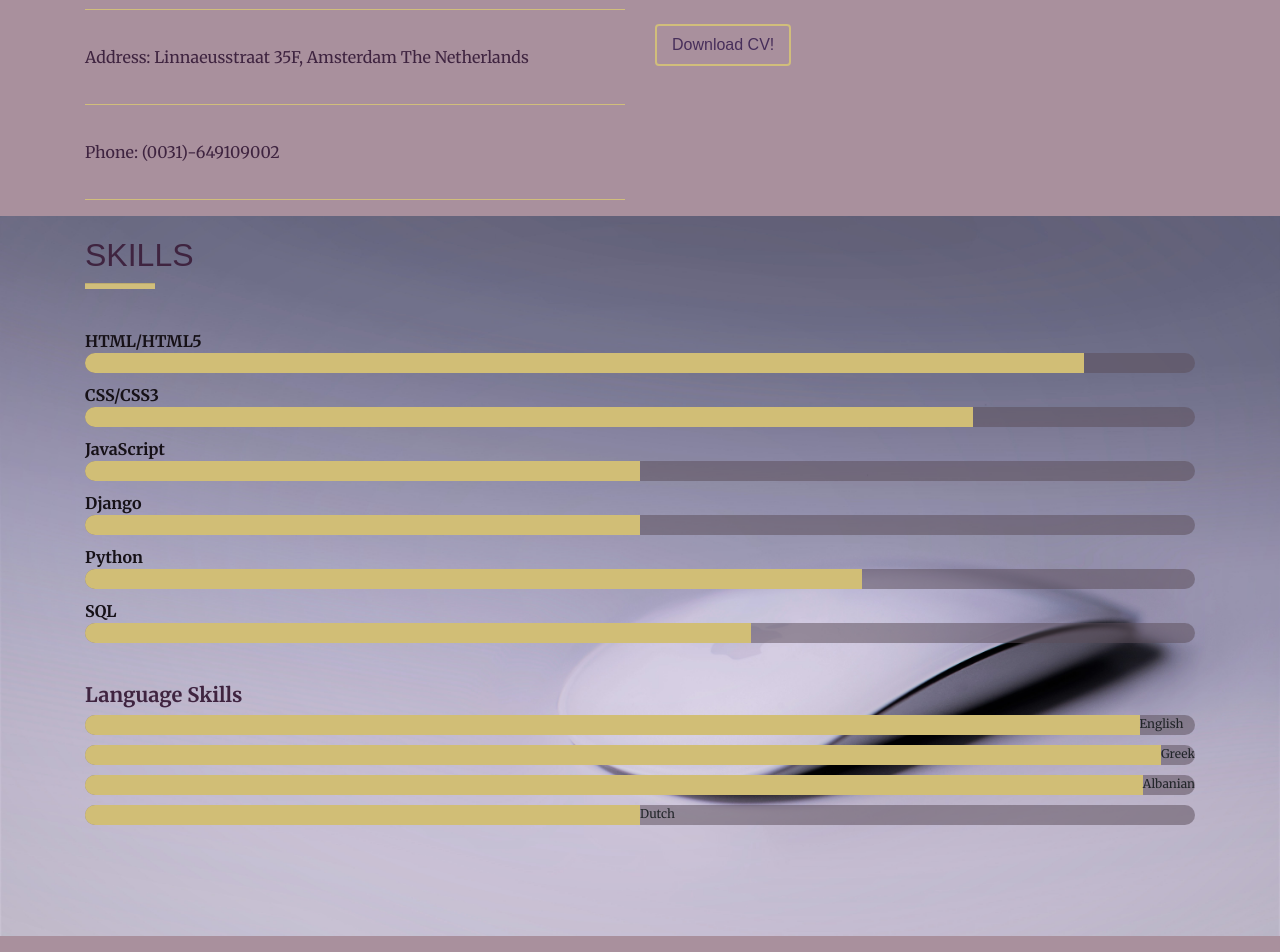
Repository: edshuli/Portfolio
Page: index.html
The author's editor kept a record of every edit. The page is drawn from the files as they stood at one moment, then again after the next edit.
The browser window is 1280 px wide. The pictures show the part of the page from y = 992 to 1944 px (the page is 2177 px tall).
Backgrounds fixed to the window are drawn as part of the page. Some web fonts or font styles are not loaded; a fallback is used.

Above is the page before.

### index.html
<!DOCTYPE html>
<html lang="en">

<head>
    <meta charset="UTF-8">
    <meta name="viewport" content="width=device-width, initial-scale=1.0">
    <meta http-equiv="X-UA-Compatible" content="ie=edge">
    <link rel="stylesheet" href="https://stackpath.bootstrapcdn.com/bootstrap/4.3.1/css/bootstrap.min.css" type="text/css" />
    <link rel="stylesheet" href="https://stackpath.bootstrapcdn.com/font-awesome/4.7.0/css/font-awesome.min.css" type="text/css" />
    <link rel="stylesheet" href="https://cdnjs.cloudflare.com/ajax/libs/hover.css/2.3.1/css/hover-min.css" type="text/css" />
    <link rel="stylesheet" href="assets/css/style.css" type="text/css" />
    <title>Edna Shuli - Full Stack Web Developer</title>
</head>

<body>

    <div class="container-fluid navbar-menu">
        <div class="row">
            <div class="col-12">
                <!-- NAVBAR -->
                <nav class="navbar navbar-expand-sm fixed-top navbar-light ">
                    <a href="index.html" class="navbar-brand"><i class="fa fa-home" aria-hidden="true"></i>Ed.Sh</a>
                    <button class="navbar-toggler" type="button" data-toggle="collapse" data-target="#menuDropdown" aria-controls="menuDropdown" aria-expanded="false" aria-label="Toggle navigation">
           <span class="navbar-toggler-icon"></span>
       </button>

                    <div id="menuDropdown" class="navbar-collapse collapse">
                        <ul class="navbar-nav mr-auto">
                            <li><a class="nav-link text-uppercase" href="#">about</a></li>
                            <li><a class="nav-link text-uppercase" href="#">skills</a></li>
                            <li><a class="nav-link text-uppercase" href="#">work</a></li>
                            <li><a class="nav-link text-uppercase" href="#">education</a></li>
                            <li><a class="nav-link text-uppercase" href="#">contact</a></li>
                            <li><a class="nav-link text-uppercase" href="#">cv</a></li>
                        </ul>
                    </div>
            </div>
        </div>
        </nav>
    </div>
    <div class="container-fluid homepage-container ">
        <div class="row">
            <div class="col">
                <div class="jumbotron ">
                    <h1 class="header">Hi! I'm </br><span class="name">
            Edna Shuli</span></h1>
                    <p class="title">Full Stack Web Developer</p>
                </div>
            </div>
        </div>
    </div>



    <!-- ABOUT ME -->
    <section class="aboutme">
        <div class="container aboutme-container">
            <div class="row">
                <div class="col-md-6">
                    <div class="personal-info">
                        <h2 class="uppercase">Personal Info</h2>
                        <hr class="title-divider">
                        <ul>
                            <li>Name: Edna Shuli</li>
                            <li>Email: <a href="mailto:edna_shhuli@hotmail.gr">edna_shuli@hotmail.gr</a></li>
                            <li>Address: Linnaeusstraat 35F, Amsterdam The Netherlands</li>
                            <li>Phone: (0031)-649109002</li>
                        </ul>
                    </div>
                </div>
                <div class="col-md-6">
                    <h2 class="text-uppercase">About</h2>
                    <hr class="title-divider">
                    <div class="aboutmeitem">
                        <p>Lorem ipsum dolor sit amet, consectetuer adipiscing elit, sed diam nonummy nibh euismod tincidunt ut laoreet dolore magna aliquam erat volutpat. Ut wisi enim ad minim veniam, quis nostrud exerci tation ullamcorper suscipit lobortis
                            nisl ut aliquip ex ea commodo consequat. Duis autem vel eum iriure dolor in hendrerit in vulputate velit esse molestie consequat, vel illum dolore eu feugiat nulla facilisis at vero eros et accumsan et iusto odio dignissim
                        </p>
                    </div>
                    <button class="btn">Download CV!</button>
                </div>
            </div>
        </div>
    </section>



    <!-- Skills -->

    <section class="skills">
        <div class="container skills-container">
            <div class="row">
                <div class="col">
                    <h2 class="text-uppercase">Skills</h2>
                    <hr class="title-divider">
                </div>
            </div>
            <div class="skills-item-container">
                <div class="row ">
                    <div class="col">
                        <div class="skill-item-desc">HTML/HTML5</div>
                        <div class="progress">
                            <div class="progress-bar" role="progressbar" aria-valuenow="90" aria-valuemin="0" aria-valuemax="100" style="width:90%">
                                <span class="sr-only">90% complete</span>
                            </div>
                        </div>
                        <div class="skill-item-desc">CSS/CSS3</div>
                        <div class="progress">
                            <div class="progress-bar" role="progressbar" aria-valuenow="80" aria-valuemin="0" aria-valuemax="100" style="width:80%">
                                <span class="sr-only">80% complete</span>
                            </div>
                        </div>
                        <div class="skill-item-desc">JavaScript</div>
                        <div class="progress">
                            <div class="progress-bar" role="progressbar" aria-valuenow="50" aria-valuemin="0" aria-valuemax="100" style="width:50%">
                                <span class="sr-only">50% complete</span>
                            </div>
                        </div>
                        <div class="skill-item-desc">Django</div>
                        <div class="progress">
                            <div class="progress-bar" role="progressbar" aria-valuenow="50" aria-valuemin="0" aria-valuemax="100" style="width:50%">
                                <span class="sr-only">50% complete</span>
                            </div>
                        </div>
                        <div class="skill-item-desc">Python</div>
                        <div class="progress">
                            <div class="progress-bar" role="progressbar" aria-valuenow="70" aria-valuemin="0" aria-valuemax="100" style="width:70%">
                                <span class="sr-only">70% complete</span>
                            </div>
                        </div>
                        <div class="skill-item-desc">SQL</div>
                        <div class="progress">
                            <div class="progress-bar" role="progressbar" aria-valuenow="60" aria-valuemin="0" aria-valuemax="100" style="width:60%">
                                <span class="sr-only">60% complete</span>
                            </div>
                        </div>
                    </div>
                </div>
            </div>
            <div class="language-container">
                <div class="row">
                    <div class="col">
                        <h3>Language Skills</h3>
                        <div class="progress">
                            <div class="progress-bar" role="progressbar" aria-valuenow="95" aria-valuemin="0" aria-valuemax="100" style="width:95%">
                                <span class="sr-only">95% complete</span>
                            </div>
                            <span class="progress-item">English</span>
                        </div>
                        <div class="progress">
                            <div class="progress-bar" role="progressbar" aria-valuenow="99.5" aria-valuemin="0" aria-valuemax="100" style="width:99.5%">
                                <span class="sr-only">99.5% complete</span>
                            </div>
                            <span class="progress-item">Greek</span>
                        </div>

                        <div class="progress">
                            <div class="progress-bar" role="progressbar" aria-valuenow="99.5" aria-valuemin="0" aria-valuemax="100" style="width:99.5%">
                                <span class="sr-only">99.5% complete</span>
                            </div>
                            <span class="progress-item">Albanian</span>
                        </div>

                        <div class="progress">
                            <div class="progress-bar" role="progressbar" aria-valuenow="50" aria-valuemin="0" aria-valuemax="100" style="width:50%">
                                <span class="sr-only">50% complete</span>
                            </div>
                            <span class="progress-item">Dutch</span>
                        </div>
                    </div>
                </div>
            </div>
        </div>
    </section>



    <!-- Experience -->
    <div class="container experience-container">
        <section class="experience">
            <h2 class="text-uppercase">Experience</h2>
            <hr class="title-divider">
            <div class="work-history">
                <p>A diagramm of my working experience</p>
            </div>
        </section>
    </div>




    <!-- Contact -->
    <div class="container contact-container">
        <section class="contact">
            <h2 class="text-uppercase">Contact</h2>
            <hr class="title-divider">
            <div class="contact-info">
                <p>Do you want to work together? Then hurry up and send me an email!!!</p>
            </div>
        </section>
    </div>


    <!-- Download
        <section class="downloadcv">
           <button class="btn">Download CV!</button
        </section>
       -->
    <footer>

    </footer>

    <script src="https://code.jquery.com/jquery-3.3.1.slim.min.js" integrity="sha384-q8i/X+965DzO0rT7abK41JStQIAqVgRVzpbzo5smXKp4YfRvH+8abtTE1Pi6jizo" crossorigin="anonymous"></script>
    <script src="https://cdnjs.cloudflare.com/ajax/libs/popper.js/1.14.7/umd/popper.min.js" integrity="sha384-UO2eT0CpHqdSJQ6hJty5KVphtPhzWj9WO1clHTMGa3JDZwrnQq4sF86dIHNDz0W1" crossorigin="anonymous"></script>
    <script src="https://stackpath.bootstrapcdn.com/bootstrap/4.3.1/js/bootstrap.min.js" integrity="sha384-JjSmVgyd0p3pXB1rRibZUAYoIIy6OrQ6VrjIEaFf/nJGzIxFDsf4x0xIM+B07jRM" crossorigin="anonymous"></script>
</body>


</html>

### assets/css/style.css
@import url('https://fonts.googleapis.com/css?family=Merriweather:100,200,300,400,500,600,700|Playfair+Display:100,200,300,400,500,600,700|Nanum+Gothic:100,200,300,400');

body {
    font-family: "Merriweather", sans-serif;
    background-color: #a9909d;
    width: 100%;
}


/* ------------------------Button/Download--------------------*/

.btn {
    font: 16px "Playfair", sans-serif;
    color: #472e5a;
    margin: 20px 0px;
    padding: 10px 15px;
    border: 2px solid #d1be7b;
    display: inline-block;
}

/*---------------------HOMEPAGE/JUMBOTRON--------------------*/

.homepage-container {
    height: 100vh;
    background: url(../images/logo1.jpg) no-repeat center center fixed;
    -webkit-background-size: cover;
    -moz-background-size: cover;
    -o-background-size: cover;
    background-size: cover;

    display: flex;
    align-items: center;
    justify-content: center;
}



/*------------------------Jumbotron ---------------------*/

.jumbotron {
    background-color: transparent;
    margin-bottom: 0px;
    padding: 150px 700px 50px 0;
}

.header {
    color: #3e2832;
    font-size: 45px;
    font-weight: 300;
    margin-bottom: 10px;
}


.header {
    font-family: "Playfair", sans-serif;
}

span {
    font-family: "Merriweather", sans-serif;
}

.title {
    font-family: "Playfair", sans-serif;
    border-bottom-width: 1px;
    border-bottom-style: solid;
    border-bottom-color: #4f3943;
    border-top-width: 1px;
    border-top-style: solid;
    border-top-color: #4f3943;
    color: #4f3943;
    font-size: 25px;
    font-weight: 300;
    text-transform: uppercase;
    letter-spacing: 1px;
    padding: 15px 0;
}


/*---------------------------------Navbar ------------*/

.navbar {
    background-color: rgba(0, 0, 0, 0.7);
    overflow: hidden;
    position: fixed;

}

.navbar-menu {
    padding-left: 0;
    padding-right: 0;

}

.navbar-light .navbar-brand {
    letter-spacing: 1px;
    color: #d1be7b;
    font-size: 20px;
    font-weight: bold;

}

.navbar .navbar-nav a {
    font-weight: bold;
    color: #d1be7b;
    letter-spacing: 1px;
    text-decoration: none;
}

.navbar-light .navbar-nav .nav-link {
    color: #d1be7b;
}

.fa-home {
    color: #d1be7b;
}



/*-----------For mobile ------------*/

.navbar-collapse {
    text-align: right;
    display: block;
}

.navbar-toggler {
    line-height: 1;
    background-color: #f8f9fa7a;
    border: 1px solid #fafaf8;
    border-radius: .25rem;
}

/*----------------------------TITLES/HEADERS----------------------------*/

h2 {
    font-family: "Nanum+Gothic", sans-serif;
    color: #3f2440;
    background-color: transparent;
    margin-top: 20px;
}

.title-divider {
    width: 70px;
    height: 5px;
    background-color: #d1be7b;
    margin: 0 0 20px 0;
}

/*--------------------------ABOUT ME-------------------*/

/*.aboutme-container {
     height: 100vh;
    background: url(../images/aboutmelogos/logo-aboutme.jpg) no-repeat center center fixed;
    -webkit-background-size: cover;
    -moz-background-size: cover;
    -o-background-size: cover;
    background-size: cover;
}*/

.aboutme{
    width:100vw;

}

a {
    text-decoration: none;
    color: #3f2440;
}

ul {
    padding: 0;
}

.personal-info ul li {
    border-bottom: 1px solid #d1be7b;
    padding: 35px 0;
    list-style: none;
    color: #3f2440;

}




/*--------------------------------------SKILLS --------*/
.skills {
     height: 100vh;
    background: url(../images/skillslogo/logo3.jpg) no-repeat center center fixed;
    -webkit-background-size: cover;
    -moz-background-size: cover;
    -o-background-size: cover;
    background-size: cover;
    background-color: rgba(225, 225, 225, 0.28);
}

.skills-item-container{
    margin-top:20px;
   /* background-color: rgba(225, 225, 225, 0.28);*/
   margin-bottom: 30px
}

.skill-item-desc {
    font-weight: bold;
    color: #161117;
   /* margin:0 0 0 90px;*/
}

.progress {
    background-color:rgba(90, 77, 89, 0.51); /*rgba(90, 77, 89, 0.75);*/
    border-radius: 10px;
    margin-bottom: 10px;
    height: 20px;
}

.progress-bar {
    background-color: #d1be76;
}






h3{
    font-size: 20px;
    font-weight: bold;
    color: #3f2440;
}


.experience-container {}


.contact-container {}


/*------------------ MEDIA QUERRIES--------------*/

@media (max-width: 576px) {

    .container-fluid {
        font-size: 10px;
    }

    .jumbotron {
        background-color: transparent;
        margin-bottom: 0px;
        padding: 150px 0px 50px 0;
    }
    .navbar-toggler {
        line-height: 1;
        background-color: #f8f9fa7a;
        border: 1px solid #fafaf8;
        border-radius: 0.1rem;
    }

    .header {
        font-size: 30px;
        font-weight: 300;
    }

    .title {
        font-size: 15px;
    }
}

@media (min-width: 576px) and (max-width:768px) {

    .jumbotron {
        background-color: transparent;
        margin-bottom: 0px;
        padding: 150px 0px 50px 0;
    }
}

@media (max-width: 768px) {
    .homepage-container {
        background-attachment: scroll;
        background: url(../images/logo2.jpg) no-repeat center center fixed;
        -webkit-background-size: cover;
        -moz-background-size: cover;
        -o-background-size: cover;
        background-size: cover;
    }
}

After the next edit:
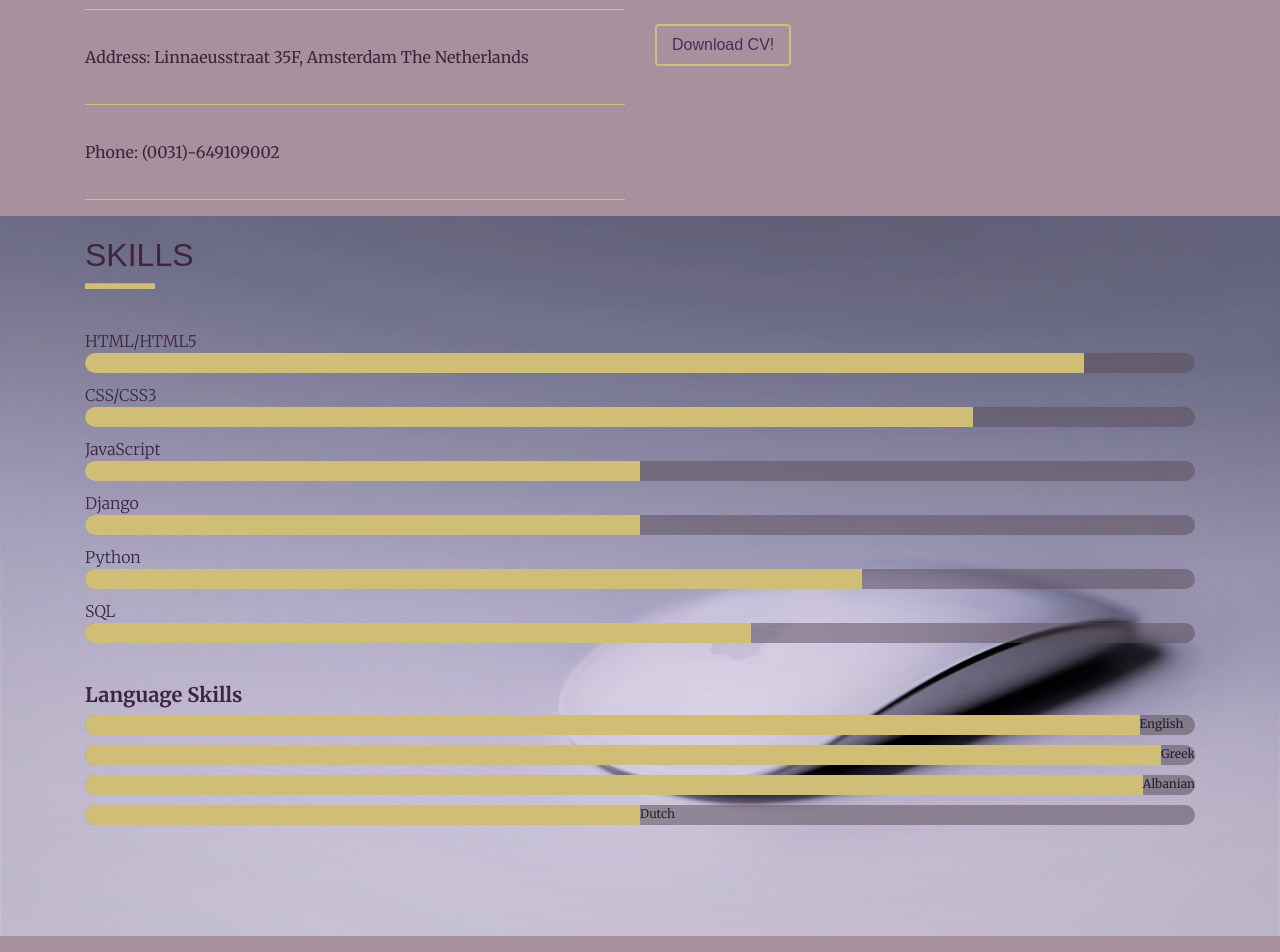
The edit:
--- a/assets/css/style.css
+++ b/assets/css/style.css
@@ -200,8 +200,8 @@
 }
 
 .skill-item-desc {
-    font-weight: bold;
-    color: #161117;
+    font-weight: 200;
+    color: #3f2440;
    /* margin:0 0 0 90px;*/
 }
 
